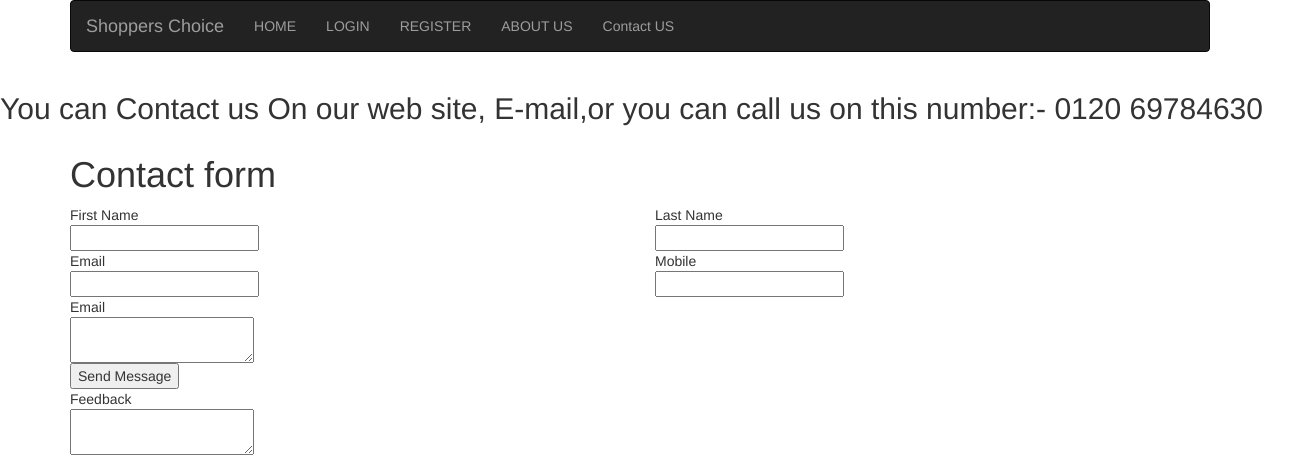
Repository: ShivaniSharma97/NewWorkspace
Page: http://localhost/ShoppersChoiceFrontend/WEB-INF/views/ContactUs.jsp
The author's editor kept a copy of each file at every save. The page is drawn from the files as they stood at one save, then again after the next save.
The browser window is 1280 px wide. The page is 1300 px wide, so the pictures cover 1300 px, including what lies to the right of the window. The pictures show the part of the page from y = 350 to 819 px (the page is 819 px tall).
The page is served by Tomcat 9. Nobody is signed in. Other server files are loaded and not shown. The template is opened directly, without the code that normally fills it, so the values that code supplies are empty.

Above is the page before, as saved 2019-02-12 03:09:14.

### ShoppersChoiceFrontend/src/main/webapp/WEB-INF/views/ContactUs.jsp
<%@ page language="java" contentType="text/html"%>
<%@include file="Header.jsp" %>
<html>
<head>
<link rel="stylesheet" href="https://maxcdn.bootstrapcdn.com/bootstrap/3.3.7/css/bootstrap.min.css">
<script src="https://ajax.googleapis.com/ajax/libs/jquery/3.3.1/jquery.min.js"></script>
<script src="https://maxcdn.bootstrapcdn.com/bootstrap/3.3.7/js/bootstrap.min.js"></script>
</head>
<body>
<h2> You can Contact us On our web site, E-mail,or you can call us on this number:- 0120 69784630</h2>
<div class="container-fluid">
<div class="container">
<div class="formBox">
<form>
<div class="row">
<div class="col-sm-12">
<h1>Contact form</h1>
</div>
</div>
<div class="row">
<div class="col-sm-6">
<div class="inputBox ">
<div class="inputText">First Name</div>
<input type="text" name="" class="input">
</div>
</div>
<div class="col-sm-6">
<div class="inputBox">
<div class="inputText">Last Name</div>
<input type="text" name="" class="input">
</div>
</div>
</div>
<div class="row">
<div class="col-sm-6">
<div class="inputBox">
<div class="inputText">Email</div>
<input type="text" name="" class="input">
</div>
</div>
<div class="col-sm-6">
<div class="inputBox">
<div class="inputText">Mobile</div>
<input type="text" name="" class="input">
</div>
</div>
</div>
<div class="row">
<div class="col-sm-12">
<div class="inputBox">
<div class="inputText">Email</div>
<textarea class="input"></textarea>
</div>
</div>
</div>
<div class="row">
<div class="col-sm-12">
<input type="submit" name="" class="button" value="Send Message">
</div>
</div>
<div class="input text"> Feedback</div>
<textarea class="input"></textarea>
</form>
</div>
</div>
</div>
</html>

### ShoppersChoiceFrontend/src/main/webapp/WEB-INF/views/Header.jsp
<%@ page language="java" contentType="text/html"%>
<%@taglib uri="http://java.sun.com/jsp/jstl/core" prefix="c" %>
<html>
<head>
<meta charset="ISO-8859-1">
<title>$(pageinfo)Shoppers choice</title>
<link rel="stylesheet" href="https://maxcdn.bootstrapcdn.com/bootstrap/3.3.7/css/bootstrap.min.css">
<script src="https://ajax.googleapis.com/ajax/libs/jquery/3.3.1/jquery.min.js"></script>
<script src="https://maxcdn.bootstrapcdn.com/bootstrap/3.3.7/js/bootstrap.min.js"></script>
</head>
<body>
<img align="center" src="C:\Users\ABHAY\Downloads.jfif" width="1300px" height="350px"/>
<div class="container">
    <nav class="navbar navbar-inverse">
        <div class="container-fluid">
           <div class="navbar-header">
               <a class="navbar-brand" href="#"> Shoppers Choice </a>
           </div>

           <ul class="nav navbar-nav">
             <li> <a href="home" />HOME </a></li>
             <li> <a href="login"/> LOGIN  </a></li>
             <li> <a href="register"/> REGISTER </a></li>
             <li> <a href="aboutUs"/> ABOUT US </a></li>
             <li> <a href="contactUs"/>Contact US </a></li>
             </ul>
             </div>
             </nav>
             </div>
             </body>
             </html>

After the next save:
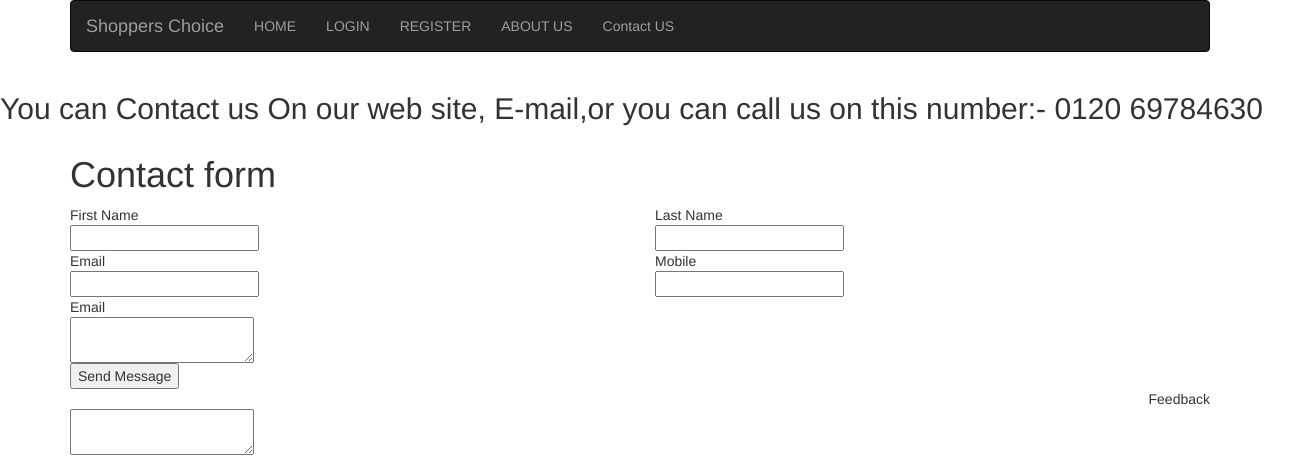
Saved 57 s later.
--- a/ShoppersChoiceFrontend/src/main/webapp/WEB-INF/views/ContactUs.jsp
+++ b/ShoppersChoiceFrontend/src/main/webapp/WEB-INF/views/ContactUs.jsp
@@ -58,7 +58,7 @@
 <input type="submit" name="" class="button" value="Send Message">
 </div>
 </div>
-<div class="input text"> Feedback</div>
+<div align="right" class="input text"> Feedback</div>
 <textarea class="input"></textarea>
 </form>
 </div>

After the 3 saves that followed:
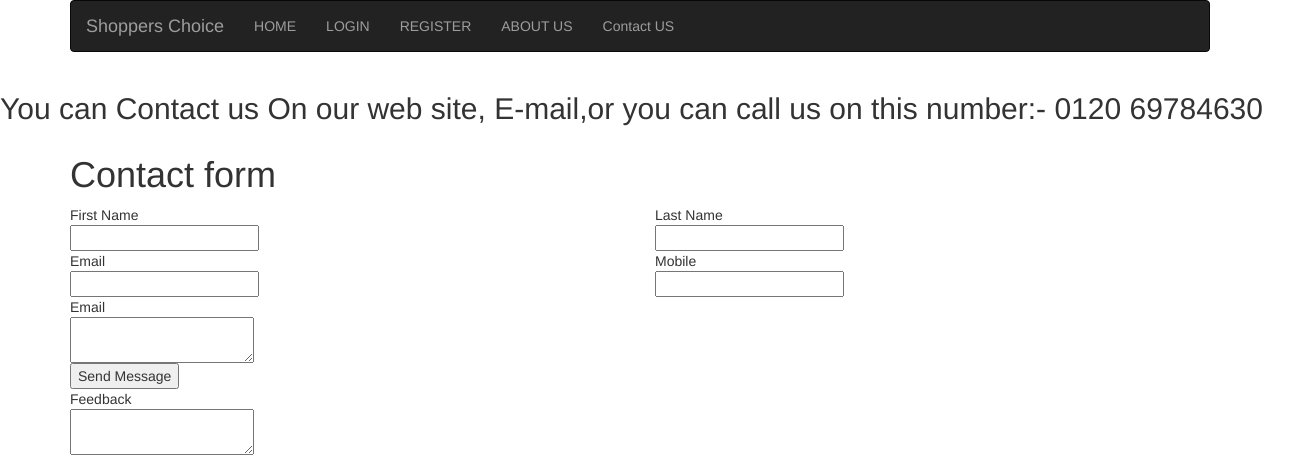
The 3 saves are shown as one change because 2 left the picture as it was.
The last was saved 3 min 21 s later.
--- a/ShoppersChoiceFrontend/src/main/webapp/WEB-INF/views/ContactUs.jsp
+++ b/ShoppersChoiceFrontend/src/main/webapp/WEB-INF/views/ContactUs.jsp
@@ -58,8 +58,8 @@
 <input type="submit" name="" class="button" value="Send Message">
 </div>
 </div>
-<div align="right" class="input text"> Feedback</div>
-<textarea class="input"></textarea>
+<div  class="input text"> Feedback</div>
+<textarea class="input" align="right"></textarea>
 </form>
 </div>
 </div>
